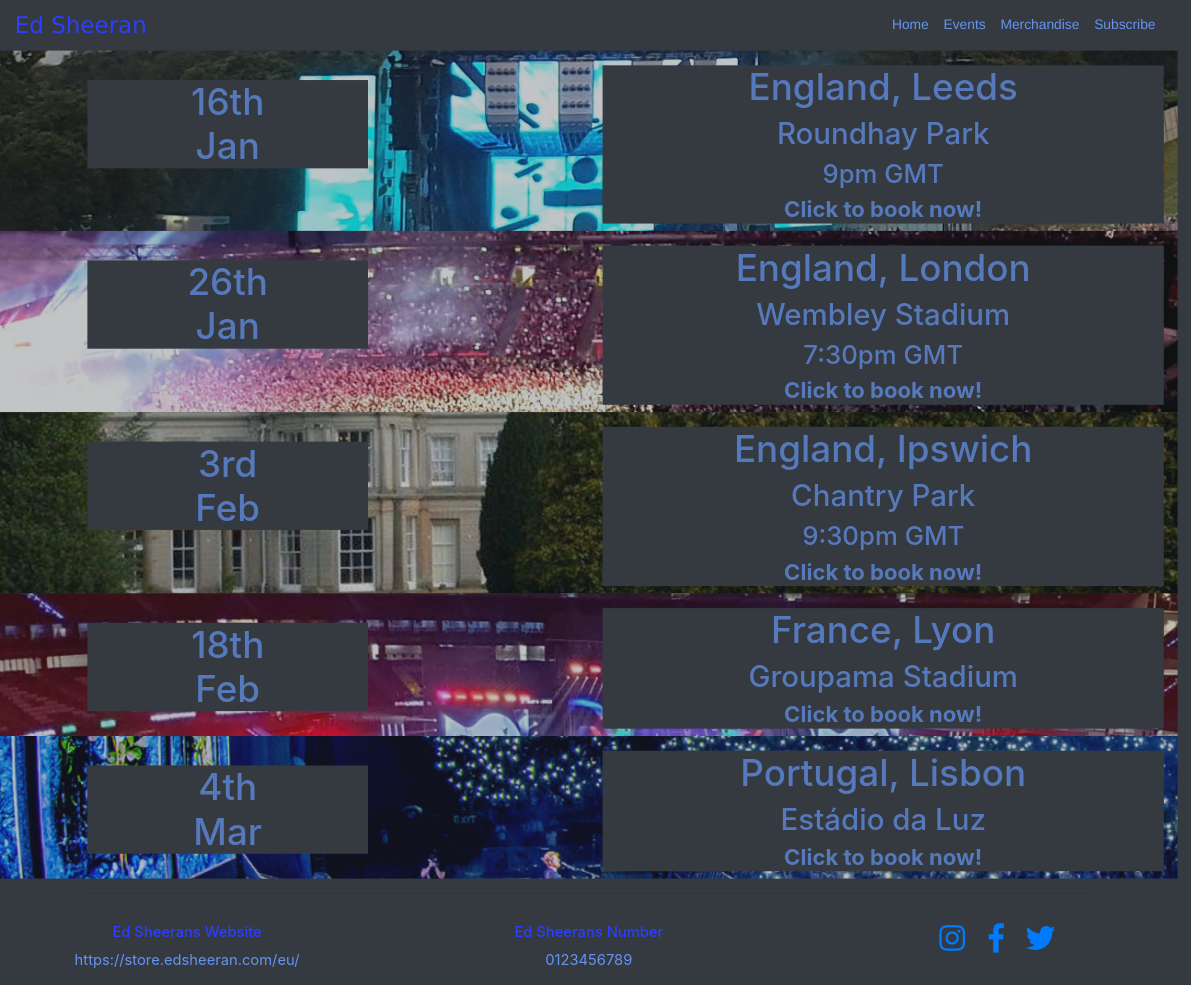
Repository: amit238/milestone-project-1
Page: events.html
The author's editor kept a record of every edit. The page is drawn from the files as they stood at one moment, then again after the next edit.
The browser window is 1280 px wide. The page is 1295 px wide, so the pictures cover 1295 px, including what lies to the right of the window. The pictures show the whole page, at 92% of full size.
Some web libraries are served in a nearby version.

Above is the page before.

### events.html
<!DOCTYPE html>
<html lang="en">

<head>
  <meta charset="UTF-8">
  <meta name="viewport" content="width=device-width, initial-scale=1.0">
  <meta http-equiv="X-UA-Compatible" content="ie=edge">
  <link rel="stylesheet" href="https://maxcdn.bootstrapcdn.com/bootstrap/4.2.1/css/bootstrap.min.css" type="text/css" />
  <link rel="stylesheet" href="https://use.fontawesome.com/releases/v5.0.10/css/all.css" integrity="sha384-+d0P83n9kaQMCwj8F4RJB66tzIwOKmrdb46+porD/OvrJ+37WqIM7UoBtwHO6Nlg" crossorigin="anonymous">
  <link rel="stylesheet" href="assets/css/style.css">
  <title>Ed Sheeran - User Centric Frontend Project</title>
</head>

<body>
  <nav class="navbar navbar-expand-lg navbar-dark bg-dark">
    <a class="edsheeran-brand">Ed Sheeran</a>
    <button type="button" class="navbar-toggler" data-toggle="collapse" data-target="#main-menu" aria-expanded="true">
                <span class="navbar-toggler-icon"></span>
            </button>
    <div id="main-menu" class="navbar-collapse collapse">
      <ul class="navbar-nav ml-auto">
        <li class="nav-item active"><a class="nav-link" href="index.html">Home</a></li>
        <li class="nav-item"><a class="nav-link" href="events.html">Events</a></li>
        <li class="nav-item"><a class="nav-link" href="merchandise.html">Merchandise</a></li>
        <li class="nav-item"><a class="nav-link" href="subscribe.html">Subscribe</a></li>
      </ul>
    </div>
  </nav>
  <div class="container-fluid">
    <a style="text-decoration: none" href="https://www.edsheeran.com/tour" class="hyper-colour">
    <div class="row events-leeds">
      <div class="col-6">
        <div class="events-left">
          <h1>16th<br>Jan</h1>
        </div>
      </div>
      <div class="col-6">
        <div class="events-center">
          <h1>England, Leeds</h1>
          <h2>Roundhay Park</h2>
          <h3>9pm GMT</h3>
          <h4 class="bold">Click to book now!</h4>
        </div>
      </div>
    </div>
    </a>
    <a style="text-decoration: none" href="https://www.edsheeran.com/tour" class="hyper-colour">
    <div class="row events-london">
      <div class="col-6">
        <div class="events-left">
          <h1>26th<br>Jan</h1>
        </div>
      </div>
      <div class="col-6">
        <div class="events-center">
          <h1>England, London</h1>
          <h2>Wembley Stadium</h2>
          <h3>7:30pm GMT</h3>
          <h4 class="bold">Click to book now!</h4>
        </div>
      </div>
    </div>
    </a>
    <a style="text-decoration: none" href="https://www.edsheeran.com/tour" class="hyper-colour">
    <div class="row events-ipswich">
      <div class="col-6">
        <div class="events-left">
          <h1>3rd<br>Feb</h1>
        </div>
      </div>
      <div class="col-6">
        <div class="events-center">
          <h1>England, Ipswich</h1>
          <h2>Chantry Park</h2>
          <h3>9:30pm GMT</h3>
          <h4 class="bold">Click to book now!</h4>
        </div>
      </div>
    </div>
    </a>
    <a style="text-decoration: none" href="https://www.edsheeran.com/tour" class="hyper-colour">
    <div class="row events-madrid">
      <div class="col-6">
        <div class="events-left">
          <h1>18th<br>Feb</h1>
        </div>
      </div>
      <div class="col-6">
        <div class="events-center">
          <h1>France, Lyon</h1>
          <h2>Groupama Stadium</h2>
          <h4 class="bold">Click to book now!</h4>
        </div>
      </div>
    </div>
    </a>
    <a style="text-decoration: none" href="https://www.edsheeran.com/tour" class="hyper-colour">
    <div class="row events-lisbon">
      <div class="col-6">
        <div class="events-left">
          <h1>4th<br>Mar</h1>
        </div>
      </div>
      <div class="col-6">
        <div class="events-center">
          <h1>Portugal, Lisbon</h1>
          <h2>Estádio da Luz</h2>
          <h4 class="bold">Click to book now!</h4>
        </div>
      </div>
    </div>
    </a>
  </div>
  <footer>
    <hr>
    <div class="row">
      <div class="col-sm-4">
        <h6 class=footer-header>Ed Sheerans Website</h6>
        <a href="https://store.edsheeran.com/eu/" target="_blank" class=footer-p>https://store.edsheeran.com/eu/</a>
      </div>
      <div class="col-sm-4">
        <h6 class=footer-header>Ed Sheerans Number</h6>
        <p class=footer-p>0123456789</p>
      </div>
      <div class="col-sm-4">
        <ul class="list-inline social-links">
          <li class="list-inline-item"><a target="_blank" href="https://www.facebook.com"><i></i></a>
          </li>
          <li class="list-inline-item"><a target="_blank" href="https://www.instagram.com/teddysphotos/?hl=en"><i class="fab fa-instagram fa-2x fa-fw"></i></a>
            <li class="list-inline-item"><a target="_blank" href="https://en-gb.facebook.com/EdSheeranMusic"><i class="fab fa-facebook-f fa-2x fa-fw"></i></a>
              <li class="list-inline-item"><a target="_blank" href="https://twitter.com/edsheeran?lang=en"><i class="fab fa-twitter fa-2x fa-fw"></i></a>
              </li>
        </ul>
      </div>
    </div>
  </footer>
  <script src="https://code.jquery.com/jquery-3.3.1.slim.min.js" integrity="sha384-q8i/X+965DzO0rT7abK41JStQIAqVgRVzpbzo5smXKp4YfRvH+8abtTE1Pi6jizo" crossorigin="anonymous"></script>
  <script src="https://cdnjs.cloudflare.com/ajax/libs/popper.js/1.14.6/umd/popper.min.js" integrity="sha384-wHAiFfRlMFy6i5SRaxvfOCifBUQy1xHdJ/yoi7FRNXMRBu5WHdZYu1hA6ZOblgut" crossorigin="anonymous"></script>
  <script src="https://stackpath.bootstrapcdn.com/bootstrap/4.2.1/js/bootstrap.min.js" integrity="sha384-B0UglyR+jN6CkvvICOB2joaf5I4l3gm9GU6Hc1og6Ls7i6U/mkkaduKaBhlAXv9k" crossorigin="anonymous"></script>
</body>

</html>

### assets/css/style.css
body {
    background-color: #343A40;
}



/*--------------------NAVBAR--------------------*/

.navbar.navbar-expand-lg.navbar-dark.bg-dark .edsheeran-brand {
    color: #2E3EFF;
    font-family: Verdana, sans-serif;
    font-size: 25px;
    font-weight: 500;


}

.navbar.navbar-expand-lg.navbar-dark.bg-dark .nav-link {
    color: #6594F1;
    font-family: Helvetica, sans-serif;
    font-size: 15px;
    font-weight: 300;

}

/*--------------------INDEX--------------------*/

/*-------CAROUSEL--------*/

.size {
    width: 100%;
}

/*--------ABOUT--------*/

.about-card {
    margin-top: 2em;
    text-align: center;
    color: #2E3EFF;
    background-color: #343A40;
}


/*-------AUDIO-------*/

.audio-card {
    margin-top: 2em;
    text-align: center;
    color: #2E3EFF;
    background-color: #343A40;
}

/*--------ALBUM-------*/

.album-card {
    margin-top: 2em;
    text-align: center;
    color: #2E3EFF;
    background-color: #343A40;
    height: 14.8em;
}

.card-text {
    color: #6594F1;
}


/*--------------------MEDIA QUERIES_INDEX--------------------*/

/*@media screen and (min-width: 1380px) {*/

@media only screen and (max-width: 1380px) {}

/*@media only screen and (max-width: 576px) {}*/

/*--------------------FOOTER--------------------*/

footer {
    text-align: center;
}

hr {
    background: #3A3A3A;
    width: 85%;
}

.footer-header {
    color: #2E3EFF;
    margin-top: 1em;
}

.list-inline {
    margin-top: 1em;
}

.footer-p {
    color: #6594F1;
}

/*-------------------------Events-------------------------*/

.hyper-colour {
    color: #6594F1;
}

.events-left {
    text-align: center;
    margin-left: 5em;
    margin-top: 2em;
    color: #6594F1;
    background-color: #343A40;
    width: 50%;
    opacity: 1;
}


.events-center {
    text-align: center;
    margin-top: 1em;
    color: #6594F1;
    background-color: #343A40;
    width: 100%;
}


.events-leeds {
    background-image: url("../../roundhay.png");
    background-repeat: no-repeat;
    opacity: 0.7;
}

.events-leeds:hover {
    opacity: 2;
    transition-duration: 1.5s;

}


.events-london {
    background-image: url("../../wembley.png");
    background-repeat: no-repeat;
    opacity: 0.7;
}

.events-london:hover {
    opacity: 1;
    transition-duration: 1.5s;

}

.events-ipswich {
    background-image: url("../../chantry.png");
    background-repeat: no-repeat;
    opacity: 0.7;
}

.events-ipswich:hover {
    opacity: 1;
    transition-duration: 1.5s;

}

.events-madrid {
    background-image: url("../../wanda.png");
    background-repeat: no-repeat;
    opacity: 0.7;
}

.events-madrid:hover {
    opacity: 1;
    transition-duration: 1.5s;

}


.events-lyon {
    background-image: url("../../lyon.png");
    background-repeat: no-repeat;
    opacity: 0.7;
}

.events-lyon:hover {
    opacity: 1;
    transition-duration: 1.5s;

}

.events-lisbon {
    background-image: url("../../lisbon.png");
    background-repeat: no-repeat;
    opacity: 0.7;
}

.events-lisbon:hover {
    opacity: 1;
    transition-duration: 1.5s;

}

.bold {
    font-weight: 700;
}

@media only screen and (max-width: 599px) {
    .events-left {
        width: 100%;
        margin-left: 0em;
    }
    .events-center {
        width: 100%;
        margin-top: 1em;
    }
}

@media only screen and (max-width: 365px) {
    h1 {
        font-size: 25px;
    }
    h2 {
        font-size: 25px;
    }
    h3 {
        font-size: 25px;
    }
}

/*-------------------------Merchandise-------------------------*/

.card-title {
    color: #2E3EFF;
}

.card-merch {
    background-color: #343A40;
    text-align: center;
}

.merchandise {
    text-align: center;
    color: #2E3EFF;
    font-weight: 600;
    margin: 1em;
}

.best-sellers {
    text-align: center;
    color: #6594F1;
    font-weight: 400;
    margin: 1em;
}

.latest-release {
    text-align: center;
    color: #6594F1;
    font-weight: 400;
    margin: 1em;
}

@media only screen and (max-width: 768px) {
    .card-merch {
        margin: 1em;
    }
}


/*-------------------------Subscribe-------------------------*/

.sub-background {
    background-image: url("../../ed-sheeran-singing.jpg");
    background-repeat: no-repeat;
    background-position: top;
    opacity: 0.7;
    height: 55em;
}
.sub-title {
    position: relative;
    top: 15em;
}

.sub-head {
    text-align: center;
    font-size: 50px;
    background-color: #2E3EFF;
}

.sub-para {
    text-align: center;
    font-size: 25px;
    background-color: #6594F1;
}

.form {
    padding-top: 1em;
}

.sub-form {
    position: relative;
    top: 14em;
}

.sub-btn {
    text-align: center;
    padding-top: 1em;
}



.sub-background:hover {
    opacity: 1;
    transition-duration: 2s;

}


@media only screen and (max-width: 769px) {
    .sub-title {
        position: relative;
        top: 5em;
    }

    .sub-form {
        position: relative;
        top: 4em;
    }
}


/*-----------------Subscribe - Second Part -----------------*/

.sub-card-issue {
    text-align: center;
    background-color: #343A40;
    margin-top: 9em;
}

.blue {
    color: #2E3EFF;
}

.lg-blue {
    color: #6594F1;
}

.sub-card-list {
    text-align: center;
    background-color: #343A40;
    margin-top: 5em;
}

.sub-card-map {
    text-align: center;
    background-color: #343A40;
    margin-top: 1em;
}

.map {
    height: 50vh;
}


@media only screen and (max-width: 1199px) {
    .sub-card-issue {
        margin-top: 1em;
    }
    .sub-card-list {
        margin-top: 1em;
    }
}

After the next edit:
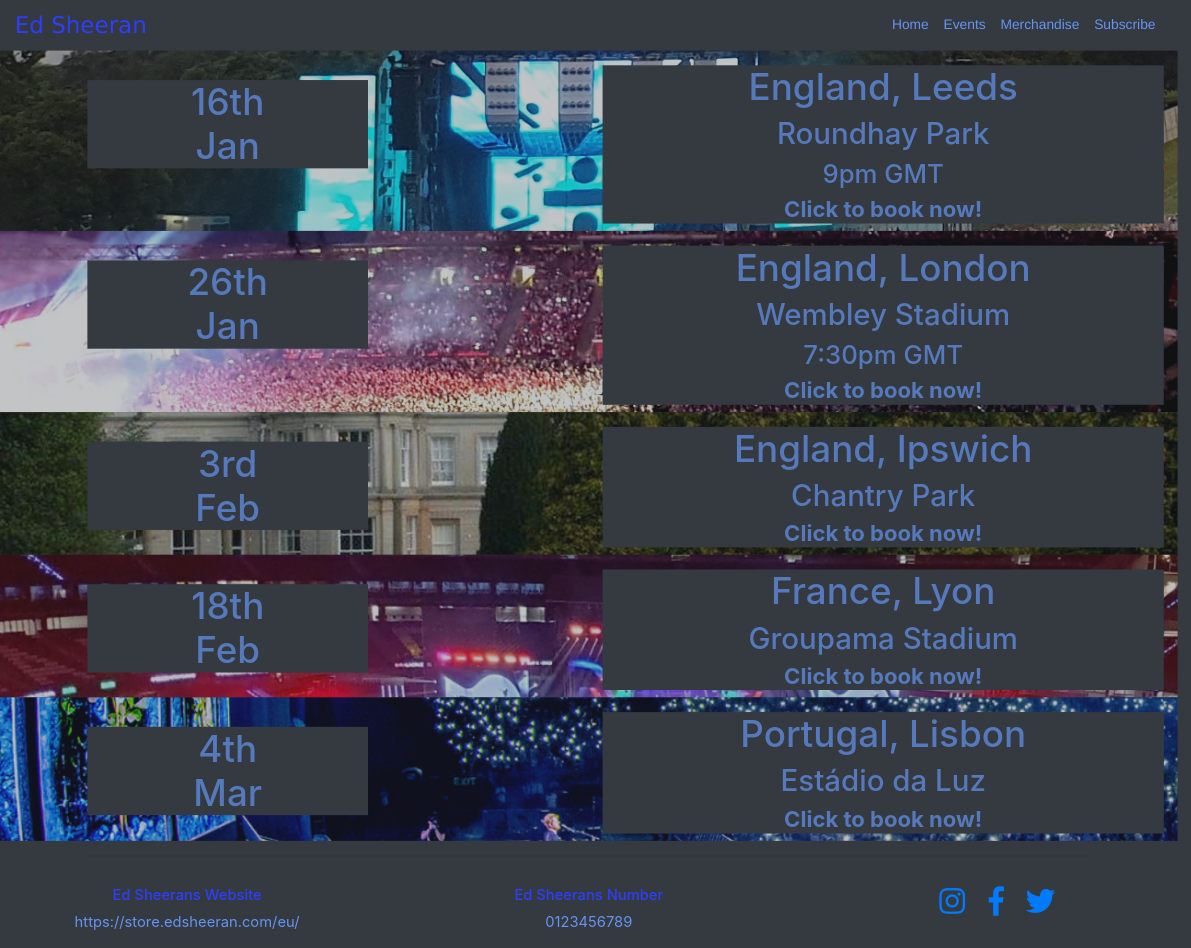
The edit:
--- a/events.html
+++ b/events.html
@@ -72,7 +72,6 @@
         <div class="events-center">
           <h1>England, Ipswich</h1>
           <h2>Chantry Park</h2>
-          <h3>9:30pm GMT</h3>
           <h4 class="bold">Click to book now!</h4>
         </div>
       </div>
